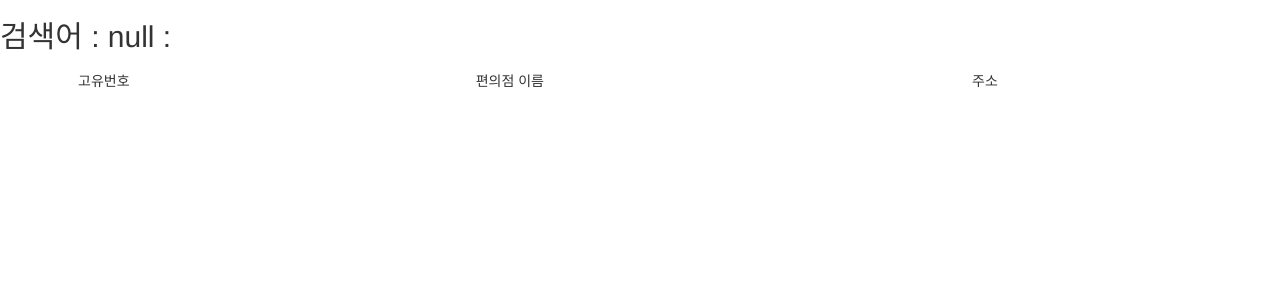
Repository: kimjaejoo/Tacademy
Page: http://localhost/Hello/search
These files come from the project's save history. The page is drawn as it stood at one moment and after the next save; the edit follows.
The browser window is 1280 px wide. The pictures show the whole page.
The page is served by Tomcat 9. Other server files are loaded and not shown. Queries for data that is not in the repository find no rows.

Above is the page before, as saved 2016-11-03 07:08:33.
Console error (its wording comes from the project's code and is left out).

### Hello/WebContent/result3.jsp
<%@page import="com.model.CStore"%>
<%@page import="java.util.ArrayList"%>
<%@ page language="java" contentType="text/html; charset=UTF-8"
	pageEncoding="UTF-8"%>
<%@taglib prefix="c" uri="http://java.sun.com/jsp/jstl/core" %>
<!DOCTYPE html PUBLIC "-//W3C//DTD HTML 4.01 Transitional//EN" "http://www.w3.org/TR/html4/loose.dtd">
<html>
<head>
<meta http-equiv="Content-Type" content="text/html; charset=UTF-8">
<title>Insert title here</title>
<style type="text/css">

</style>

<!-- Latest compiled and minified CSS -->
<link rel="stylesheet"
	href="https://maxcdn.bootstrapcdn.com/bootstrap/3.3.7/css/bootstrap.min.css"
	integrity="sha384-BVYiiSIFeK1dGmJRAkycuHAHRg32OmUcww7on3RYdg4Va+PmSTsz/K68vbdEjh4u"
	crossorigin="anonymous">

<!-- Optional theme -->
<link rel="stylesheet"
	href="https://maxcdn.bootstrapcdn.com/bootstrap/3.3.7/css/bootstrap-theme.min.css"
	integrity="sha384-rHyoN1iRsVXV4nD0JutlnGaslCJuC7uwjduW9SVrLvRYooPp2bWYgmgJQIXwl/Sp"
	crossorigin="anonymous">

<!-- Latest compiled and minified JavaScript -->
<script
	src="https://maxcdn.bootstrapcdn.com/bootstrap/3.3.7/js/bootstrap.min.js"
	integrity="sha384-Tc5IQib027qvyjSMfHjOMaLkfuWVxZxUPnCJA7l2mCWNIpG9mGCD8wGNIcPD7Txa"
	crossorigin="anonymous"></script>
</head>

<body>
	<h2>
		검색어 :
		<%=request.getParameter("keyword")%>
		: ${param.keyword }
	</h2>
<div class="container">
	<table id="result" class="table">
		<thead>
			<tr>
				<td>고유번호</td>
				<td>편의점 이름</td>
				<td>주소</td>
			</tr>
		</thead>
		<tbody>

			<c:forEach var="cs" items="${result }">
				<tr>
					<td>고유번호</td>
					<td>편의점 이름</td>
					<td>주소</td>
				</tr>
				<tr>
					<td>${cs.getIdx() }</td>
					<td>${cs.getName() }</td>
					<td>${cs.getAddr() }</td>
				</tr>
			</c:forEach>

		</tbody>
	</table>
</div>
</body>
</html>

### Hello/src/com/taca/Search.java
package com.taca;

import java.io.IOException;
import java.sql.Connection;
import java.sql.PreparedStatement;
import java.sql.ResultSet;
import java.sql.SQLException;
import java.util.ArrayList;

import javax.servlet.ServletException;
import javax.servlet.annotation.WebServlet;
import javax.servlet.http.HttpServlet;
import javax.servlet.http.HttpServletRequest;
import javax.servlet.http.HttpServletResponse;


import com.model.CStore;
import com.util.U;


@WebServlet(name = "search", description = "검색", urlPatterns = { "/search" })
public class Search extends HttpServlet {
	private static final long serialVersionUID = 1L;


    public Search() {
        super();

    }

	protected void doGet(HttpServletRequest request, HttpServletResponse response) throws ServletException, IOException {




		request.setCharacterEncoding("utf-8");
		response.setCharacterEncoding("utf-8");
		//response.setContentType("text/html; charset=utf-8");

		// singleton으로 연결하기
		Connection conn = U.getInstance().getConnection();

		String key = request.getParameter("key");
		String keyword = request.getParameter("keyword");

		//response.getWriter().println(key + " / " + keyword);
		// 편의점의 이름을 넣어서 검색하는 방법
		String sql = "select idx, name, addr from tbl_cStore where name like '%" + keyword + "%'";

		ArrayList<CStore> cStores = new ArrayList<CStore>();
		// 커넥션객체 => statement 획득



		try {
			PreparedStatement ps = conn.prepareStatement(sql);

			System.out.println(ps);
			ResultSet rs = ps.executeQuery();
			while (rs.next()) {
				response.getWriter().println(
						rs.getString("name") + "<br>");
				cStores.add(
						new CStore(
								rs.getInt("idx"),
								rs.getString("name"),
								rs.getString("addr")
									));
			}
			if (rs != null)
				rs.close();
			if (ps != null)
				ps.close();
		} catch (SQLException e) {
			e.printStackTrace();
		}


		U.getInstance().returnConnection(conn);

		// 응답
		request.setAttribute("result", cStores);
		request.getRequestDispatcher("result3.jsp").forward(request, response);;

	}


	protected void doPost(HttpServletRequest request, HttpServletResponse response) throws ServletException, IOException {

		Connection conn = U.getInstance().getConnection();

		U.getInstance().returnConnection(conn);
	}

}

### Hello/src/com/util/U.java
package com.util;

import java.sql.Connection;
import java.sql.SQLException;

import javax.naming.Context;
import javax.naming.InitialContext;
import javax.sql.DataSource;

// singleton
public class U
{
	private static U self;
	private U(){}
	public static U getInstance()
	{
		if( self == null ){
			self = new U();
		}
		return self;
	}
	// 커넥션 객체 획득
	public Connection getConnection()
	{
    	try {
			Context initCtx = new InitialContext();
			Context envCtx  = (Context)initCtx.lookup("java:comp/env");
			DataSource ds 	= (DataSource)envCtx.lookup("jdbc/java");
			return ds.getConnection();
		} catch (Exception e) {
		}
    	return null;
	}
	// 커넥션 객체 반납
	public void returnConnection(Connection conn)
	{
		if( conn==null ) return;
		try {
			conn.close();	// 반납
		} catch (SQLException e) {
			// TODO Auto-generated catch block
			e.printStackTrace();
		}
	}
}

After the next save:
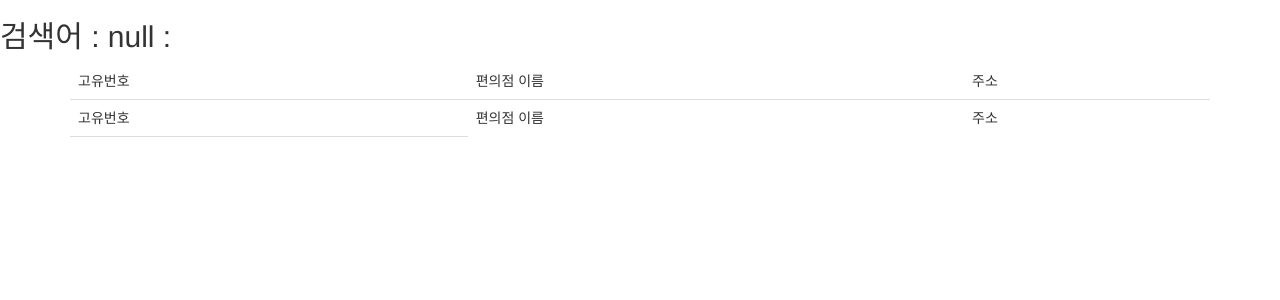
Saved 2 min 51 s later.
--- a/Hello/WebContent/result3.jsp
+++ b/Hello/WebContent/result3.jsp
@@ -48,7 +48,6 @@
 		</thead>
 		<tbody>
 
-			<c:forEach var="cs" items="${result }">
 				<tr>
 					<td>고유번호</td>
 					<td>편의점 이름</td>
@@ -56,10 +55,11 @@
 				</tr>
 				<tr>
 					<td>${cs.getIdx() }</td>
+			<c:forEach var="cs" items="${result }">
 					<td>${cs.getName() }</td>
 					<td>${cs.getAddr() }</td>
+			</c:forEach>
 				</tr>
-			</c:forEach>
 
 		</tbody>
 	</table>
